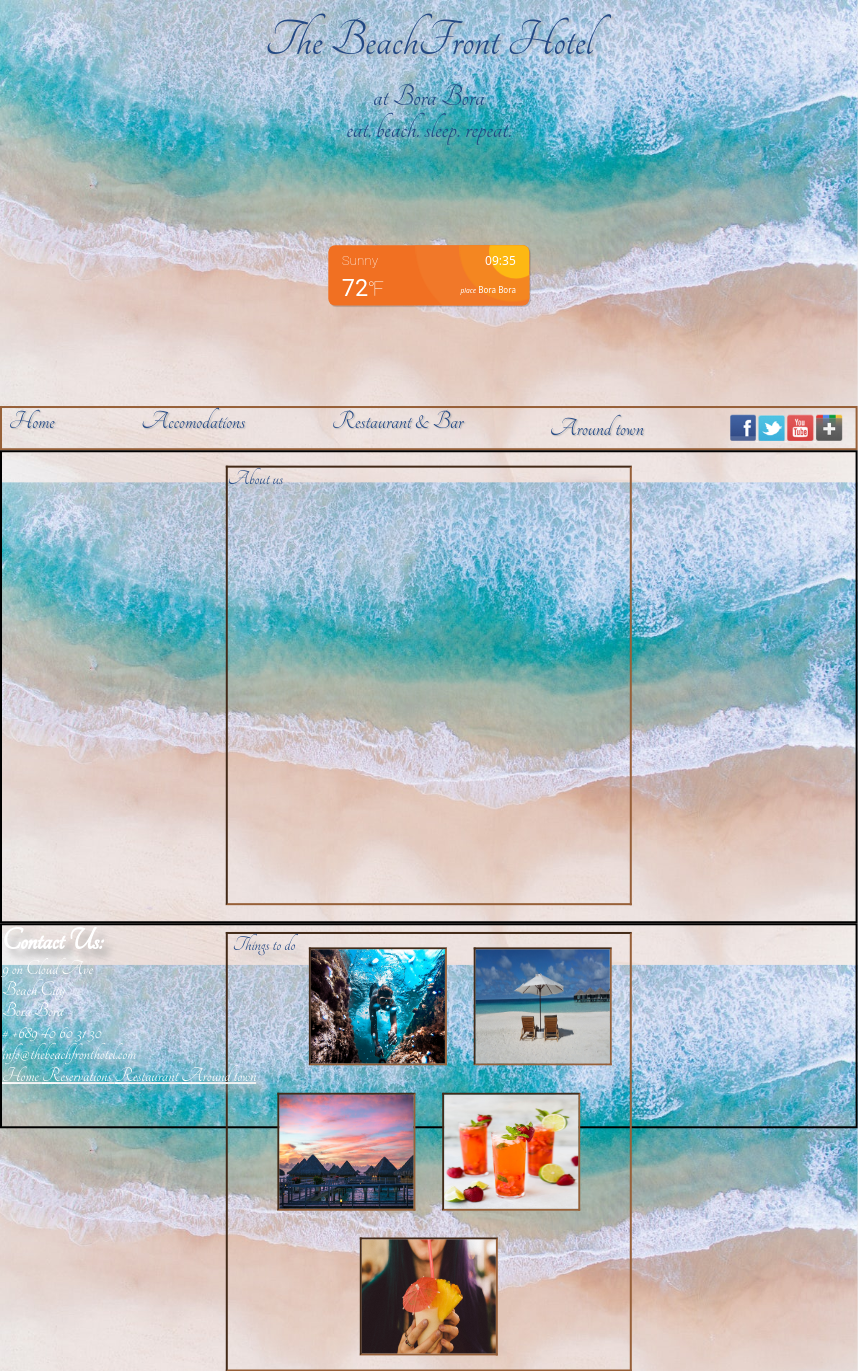
Repository: purlak/ProjectCode-CollabProject
Page: index.html
The author's editor kept a record of every edit. The page is drawn from the files as they stood at one moment, then again after the next edit.
The browser window is 1280 px wide. The pictures show the whole page, at 67% of full size.
Backgrounds fixed to the window are drawn as part of the page.

Above is the page before.

After the next edit:
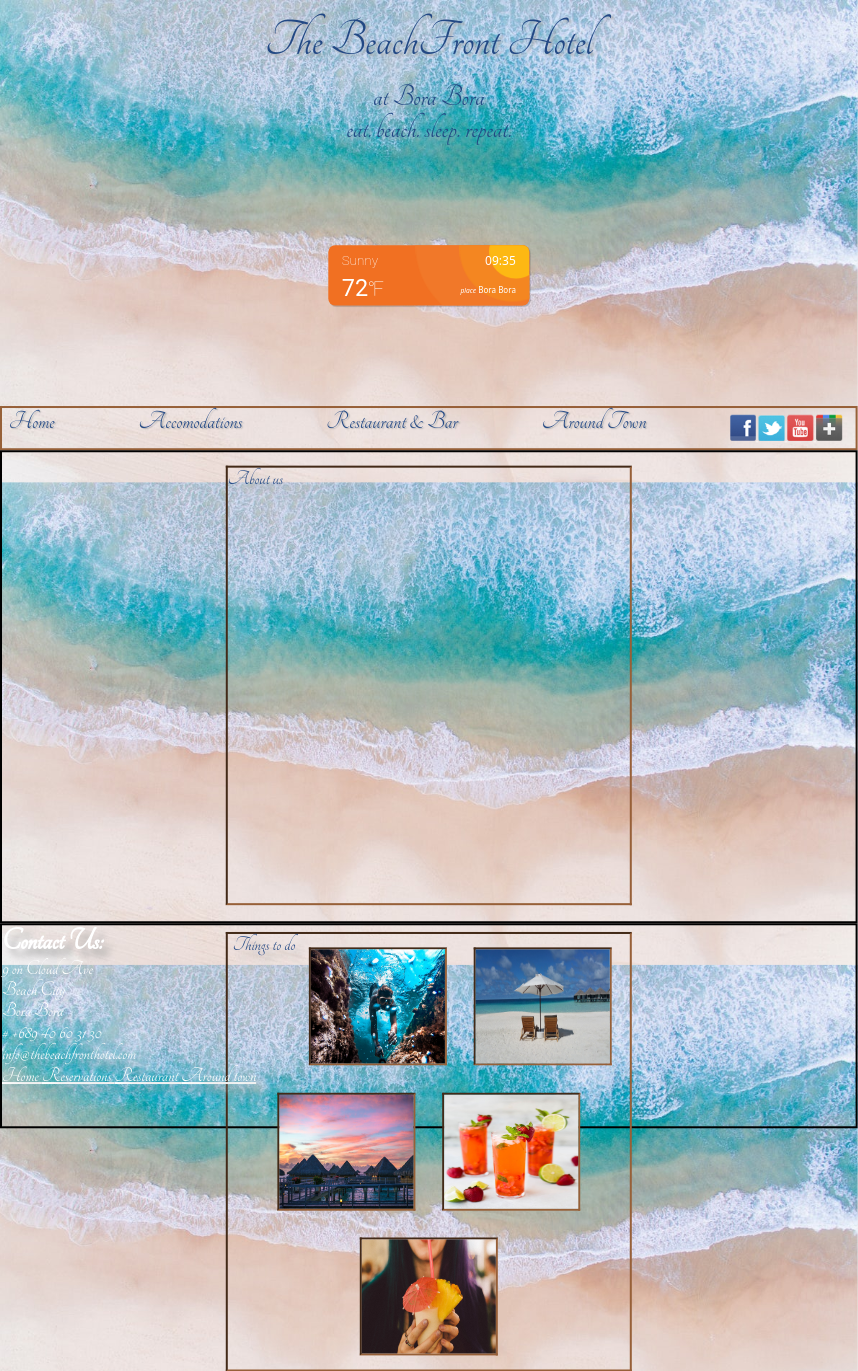
The edit:
--- a/index.html
+++ b/index.html
@@ -51,7 +51,8 @@
             </div>
 
             <div class="TBox2">
-                <p class ="TextId3"> Around town </p>
+                <a href="https://en.wikipedia.org/wiki/Bora_Bora" target="_blank" class="TextId3">Around Town</a>
+
             </div>
 
             <div class="subscribe">
